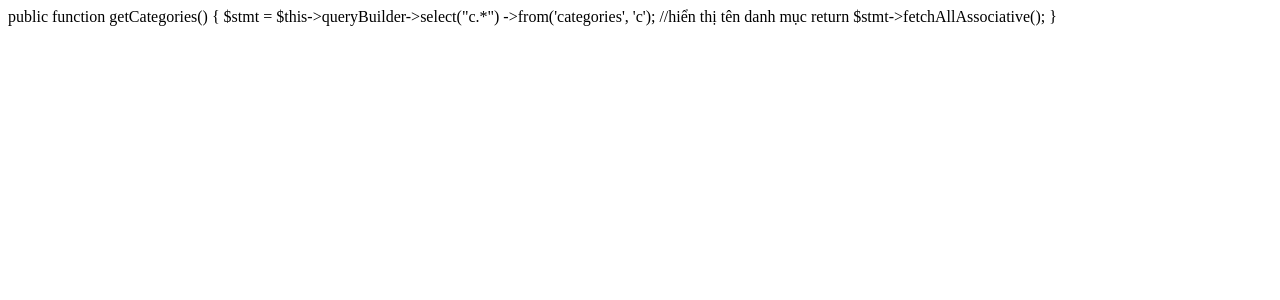
Repository: Trang-20/Du_an_mau
Page: http://localhost/asm2C/app/Models/UserModel.php
An editor plug-in stored every save of this project. The page is shown before and after the next save, followed by the edit.
The browser window is 1280 px wide. The pictures show the whole page.
The page is run by PHP 8.4 with error messages shown; the project is at /var/www/html/.

Above is the page before, as saved 2025-02-25 18:08:34.

### app/Models/UserModel.php

public function getCategories()
    {
        $stmt = $this->queryBuilder->select("c.*")
            ->from('categories', 'c'); //hiển thị tên danh mục
        return $stmt->fetchAllAssociative();
    }

After the next save:
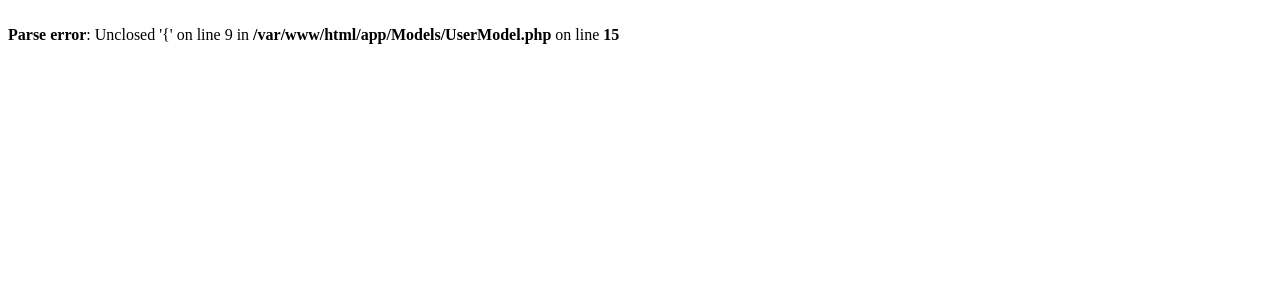
Saved 7 s later.
--- a/app/Models/UserModel.php
+++ b/app/Models/UserModel.php
@@ -1,4 +1,12 @@
+<?php
 
+namespace App\Models;
+
+use Doctrine\DBAL\Query;
+use Doctrine\DBAL\Query\QueryBuilder;
+
+class ProductModel extends Model
+{
 public function getCategories()
     {
         $stmt = $this->queryBuilder->select("c.*")
